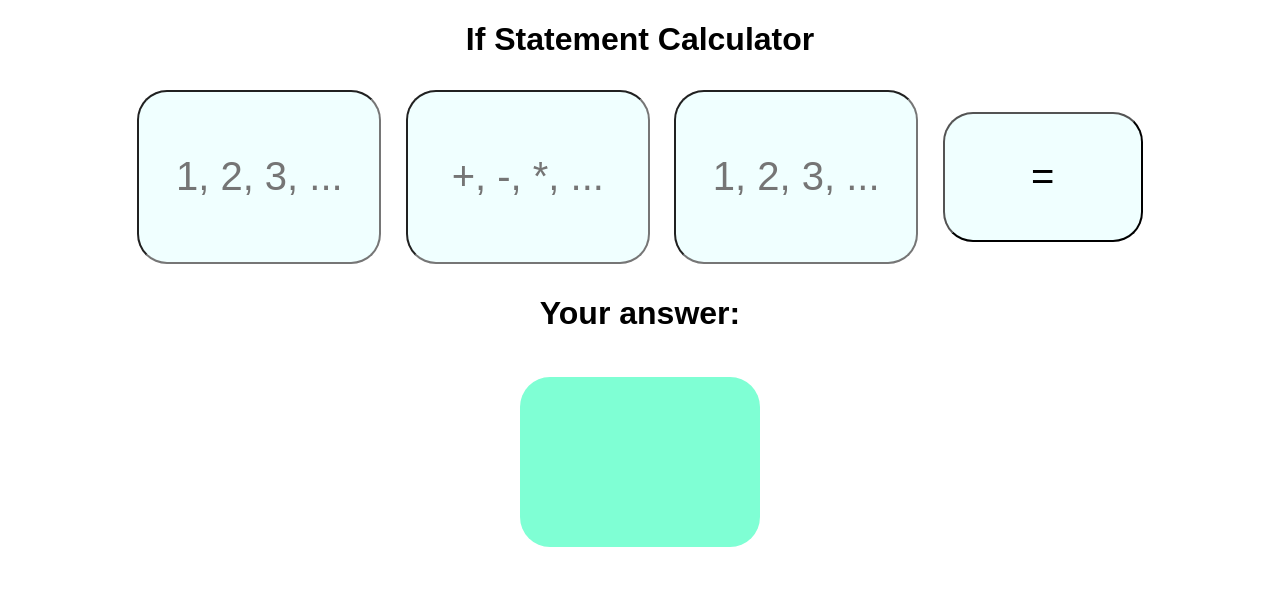
Repository: WesleyErasmus/threeInputCalculator
Page: html/if-calculator.html
These files come from the project's save history. The page is drawn as it stood at one moment and after a run of saves; the edit follows.
The browser window is 1280 px wide. The pictures show the whole page.

Above is the page before, as saved 2022-04-27 22:21:12.

After the next 2 saves:
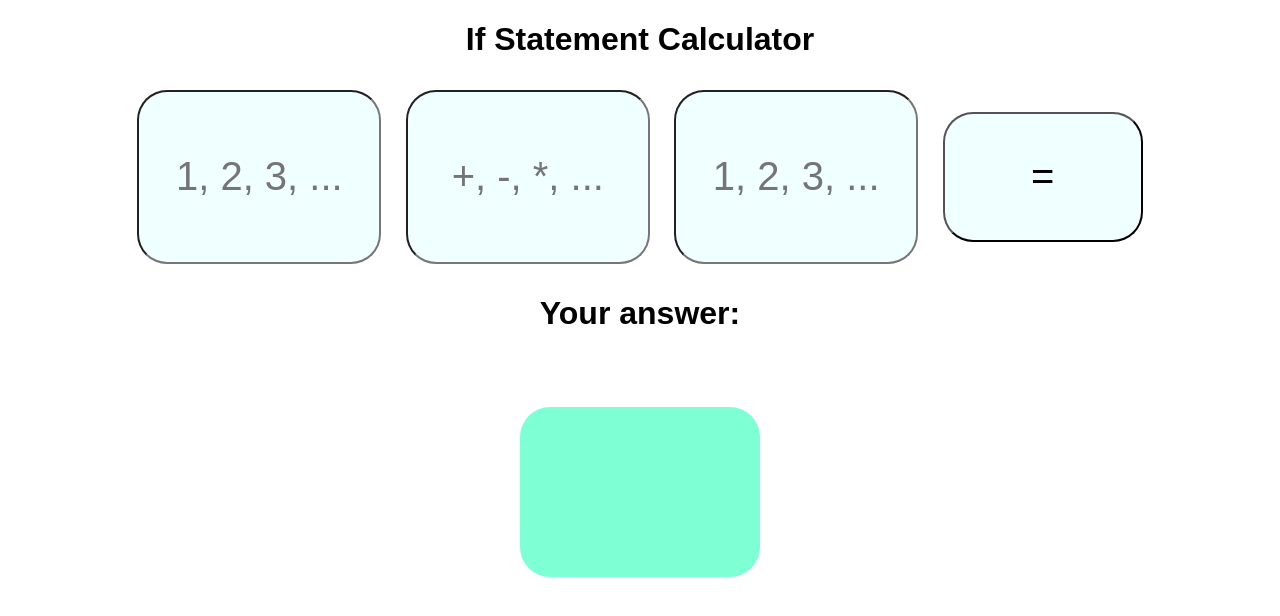
The 2 saves are shown as one change because they came seconds apart.
The last was saved 12 s later.
--- a/css/stylesheet.css
+++ b/css/stylesheet.css
@@ -30,7 +30,7 @@ p {
     width: 200px;
     height: 130px;
     padding: 20px;
-    font-size: 45px;
+    font-size: 75px;
     border-radius: 30px;
     background-color: aquamarine;
 }
